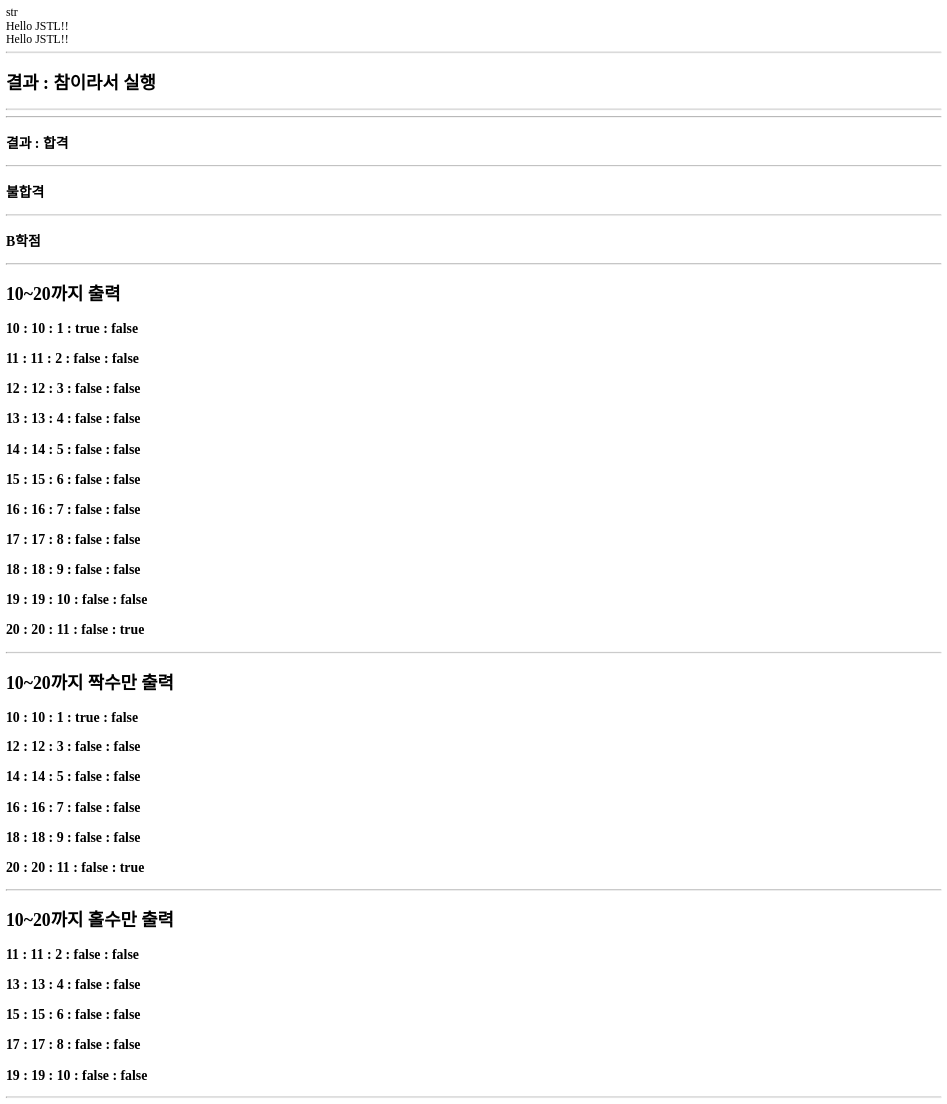
Repository: hagjun/jspstudy
Page: http://localhost/01_servlet/jsp/ex09_jstl.jsp
An editor plug-in stored every save of this project. The page is shown before and after the next save, followed by the edit.
The browser window is 1280 px wide. The pictures show the whole page, at 74% of full size.
The page is served by Tomcat 9.

Above is the page before, as saved 2024-03-07 03:04:59.

After the next save:
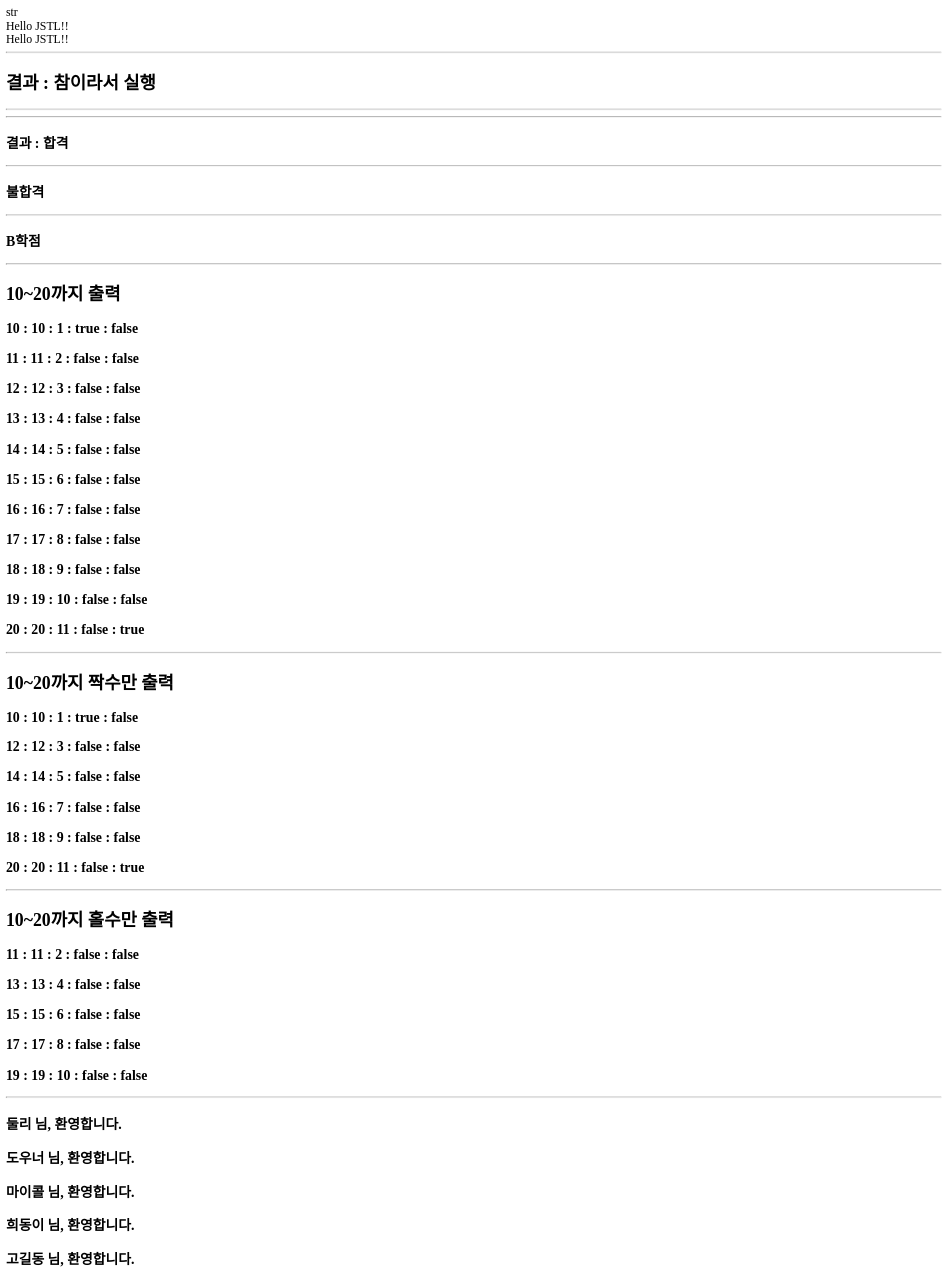
Saved 59 s later.
--- a/01_servlet/src/main/webapp/jsp/ex09_jstl.jsp
+++ b/01_servlet/src/main/webapp/jsp/ex09_jstl.jsp
@@ -136,7 +136,9 @@
 
 	<%-- 배열 생성 --%>
 	<c:set var="arr_1" value="둘리, 도우너, 마이콜, 희동이, 고길동" />
-	<c:forEach var="k" items="${arr_1}"></c:forEach>
+	<c:forEach var="k" items="${arr_1}">
+		<h3>${k} 님, 환영합니다.</h3>
+	</c:forEach>
 
 
 
